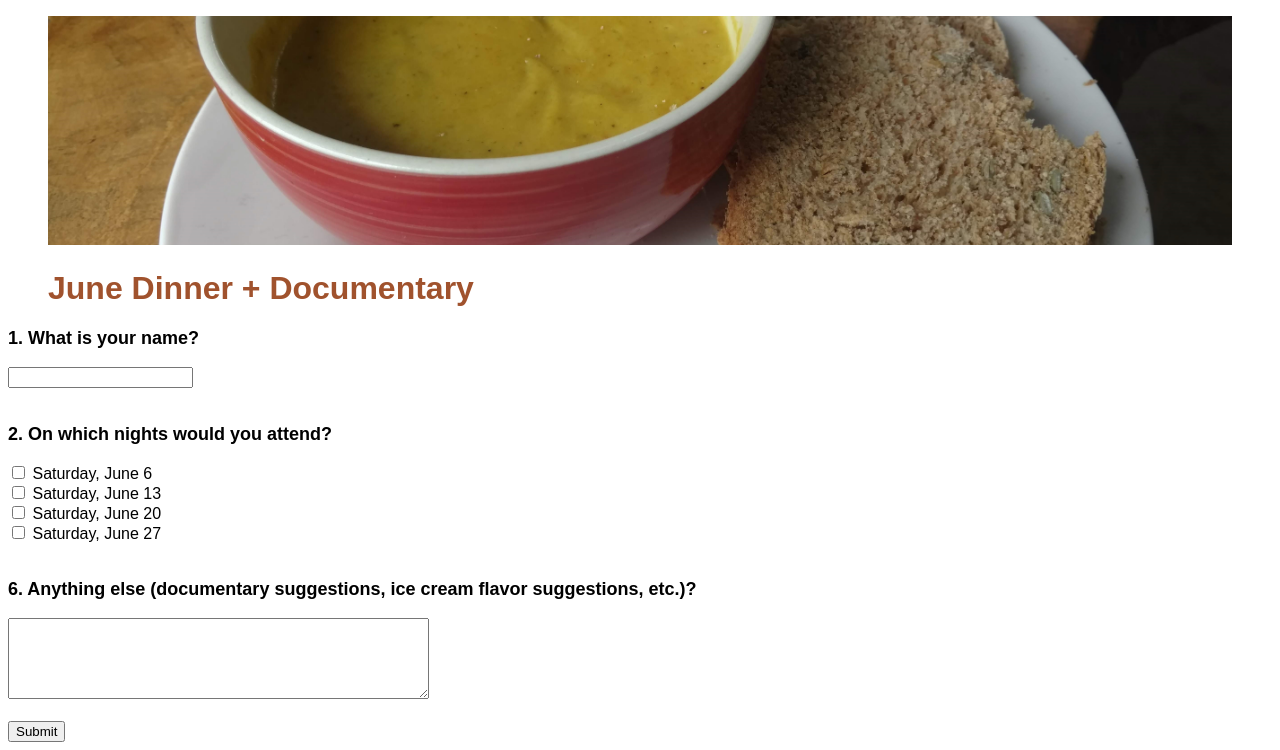
Repository: bhuhmann/event-survey
Page: survey.html
The author's editor kept a copy of each file at every save. The page is drawn from the files as they stood at one save, then again after the next save.
The browser window is 1280 px wide. The pictures show the whole page.

Above is the page before, as saved 2020-04-01 17:51:16.

### survey.html
<!DOCTYPE html>
<html>

    <head>
        <title>June Dinner + Documentary</title>
        <link href="style.css" rel="stylesheet" type="text/css">
    </head>

    <header>
        <figure>
            <img src="image/bread_soup_crop3.jpg" alt="Bread and soup" style="width:100%;">
            <h1>June Dinner + Documentary</h1>
        </figure>
    </header>

    <body>
        <!--TODO: form needs an action="" something, but I don't know how this works yet-->
        <form method="GET">
            <!--TODO: consider if further data validation would be useful-->
            <!--TODO: can I make automatic numbering happen so that I can easily reorder/add/remove questions?-->
            <!--TODO: make question font larger than answer font-->
            <label for="name" class="question">1. What is your name?</label>
            <br>
            <br>
            <input id="name" type="text" name="name" required>
            <br>
            <br>
            <br>
            <span class="question">2. On which nights would you attend?</span>
            <br>
            <br>
            <!--TODO: consider what date value should be for proper input into database-->
            <input id="june-6" type="checkbox" name="dates" value="Saturday, June 6">
            <label for="june-6">Saturday, June 6</label>
            <br>
            <input id="june-13" type="checkbox" name="dates" value="Saturday, June 13">
            <label for="june-13">Saturday, June 13</label>
            <br>
            <input id="june-20" type="checkbox" name="dates" value="Saturday, June 20">
            <label for="june-20">Saturday, June 20</label>
            <br>
            <input id="june-27" type="checkbox" name="dates" value="Saturday, June 27">
            <label for="june-27">Saturday, June 27</label>
            <br>
            <br>
            <!--The idea for the ranked-choice options is to do a drag-and-drop implementation similar to what
            Survey Monkey has currently. Specifically, when a person drags and drops an item, the numbers of
            all the items get initially set. Similar to the current implementation, the idea is that people
            can also use a dropdown to select a specific rank for any particular item. However, we should have some
            check for / enforced agreement between manually set rank and drag-and-drop rank. Additionally,
            unlike the current Survey Monkey implementation, we should allow for ties (maybe?) and allow for
            unranked items. For the actual vote tallying, Kevin suggests Condorcet.-->
            <!--Please rank the films in order of preference. Maybe drag and drop, probably requires JS?-->
            <!--Please rank the main dishes in order of preference. Maybe drag and drop, probably requires JS?-->
            <!--Please rank the ice cream flavors in order of preference. Maybe drag and drop, probably requires JS?-->
            <br>
            <label for="anything" class="question">6. Anything else (documentary suggestions, ice cream flavor suggestions, etc.)?</label>
            <br>
            <br>
            <textarea id="anything" name="free-response" rows="5" cols="50"></textarea>
            <br>
            <br>
            <input type="submit">
        </form>
    </body>

</html>

### style.css
h1 {
    color: sienna;
    font-family: Arial;
}

body {
    font-family: Arial;
}

.image {
    background-image: "banner_photo.jpg";
    background-size: cover;
    background-position: center;
    height: 300px;
  }

.question {
    font-size: 18px;
    font-weight: bold;
}

After the next save:
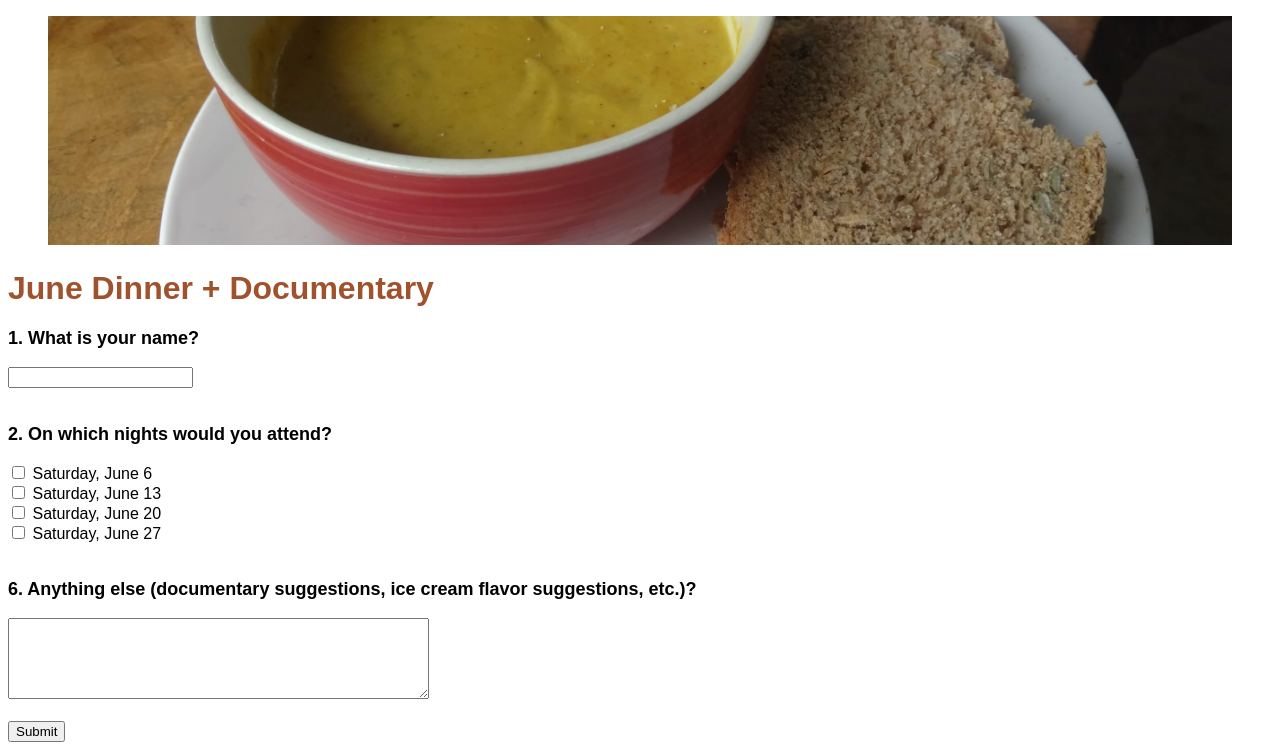
Saved 4 min 33 s later.
--- a/survey.html
+++ b/survey.html
@@ -9,8 +9,8 @@
     <header>
         <figure>
             <img src="image/bread_soup_crop3.jpg" alt="Bread and soup" style="width:100%;">
-            <h1>June Dinner + Documentary</h1>
         </figure>
+        <h1>June Dinner + Documentary</h1>
     </header>
 
     <body>
